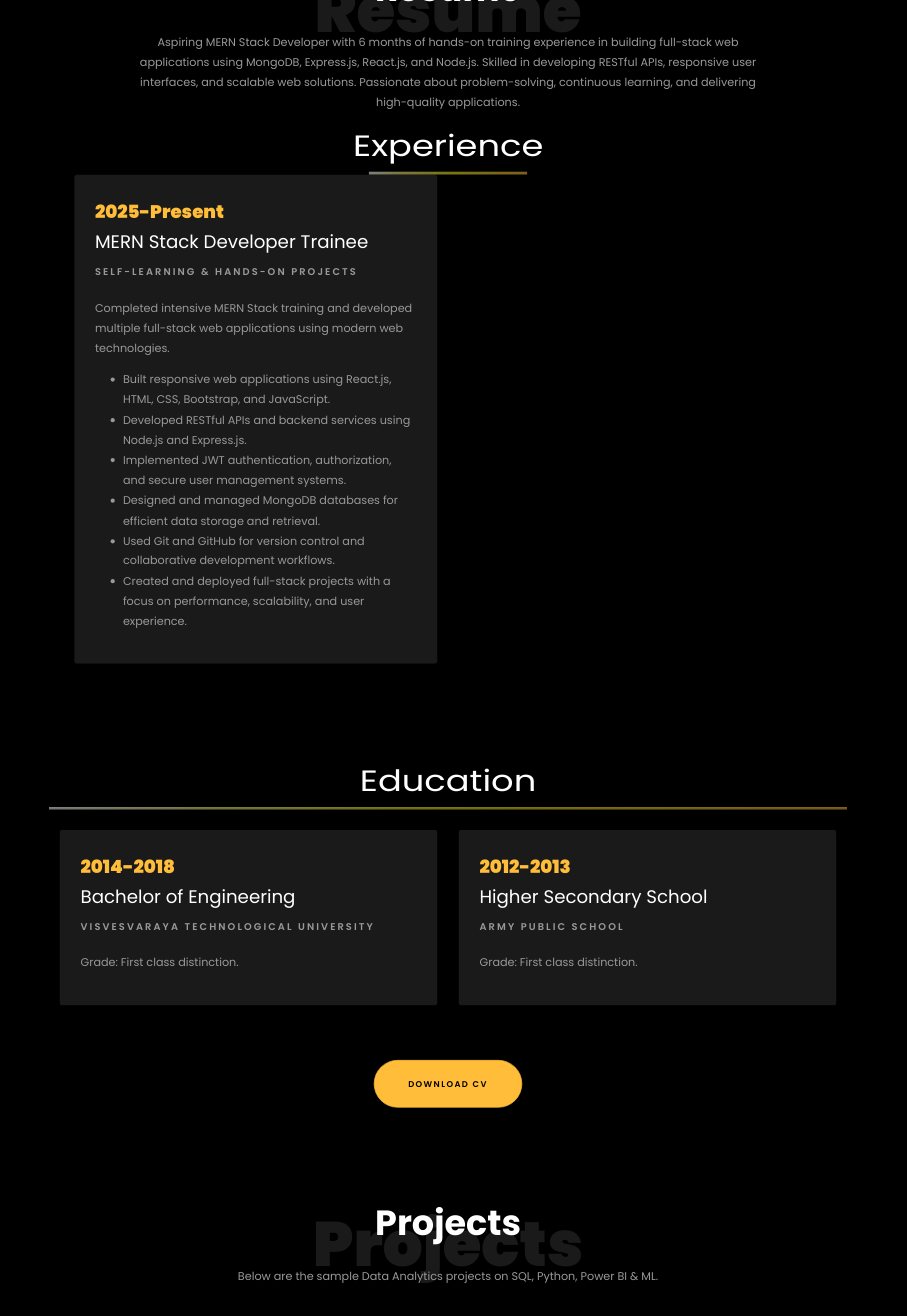
Repository: Rahul70079/Rahul-Kumar-Portfolio
Page: Portfolio/index.html
The author's editor kept a copy of each file at every save. The page is drawn from the files as they stood at one save, then again after the next save.
The browser window is 1280 px wide. The page is 1295 px wide, so the pictures cover 1295 px, including what lies to the right of the window. The pictures show the part of the page from y = 1885 to 3765 px (the page is 6512 px tall before and 6221 px after), at 70% of full size.
Pictures or frames that could not be fetched are drawn as grey boxes.

Above is the page before, as saved 2026-06-12 12:53:06.
Console error (its wording comes from the project's code and is left out).

After the next save:
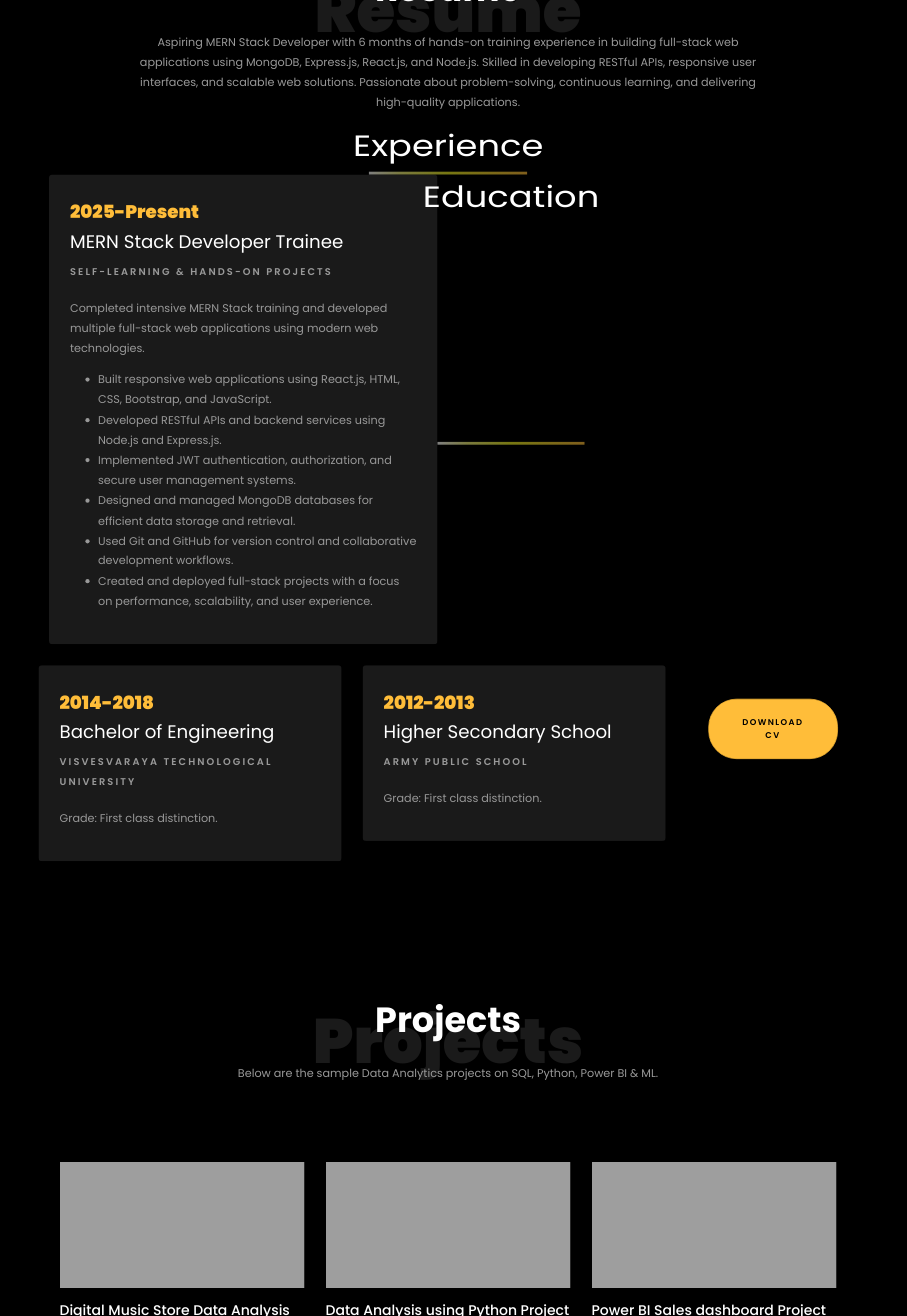
Saved 6 s later.
--- a/Portfolio/index.html
+++ b/Portfolio/index.html
@@ -341,9 +341,6 @@
 				</div>
 
 
-				</div>
-			</div>
-
 		<br>
 		<br>
 
